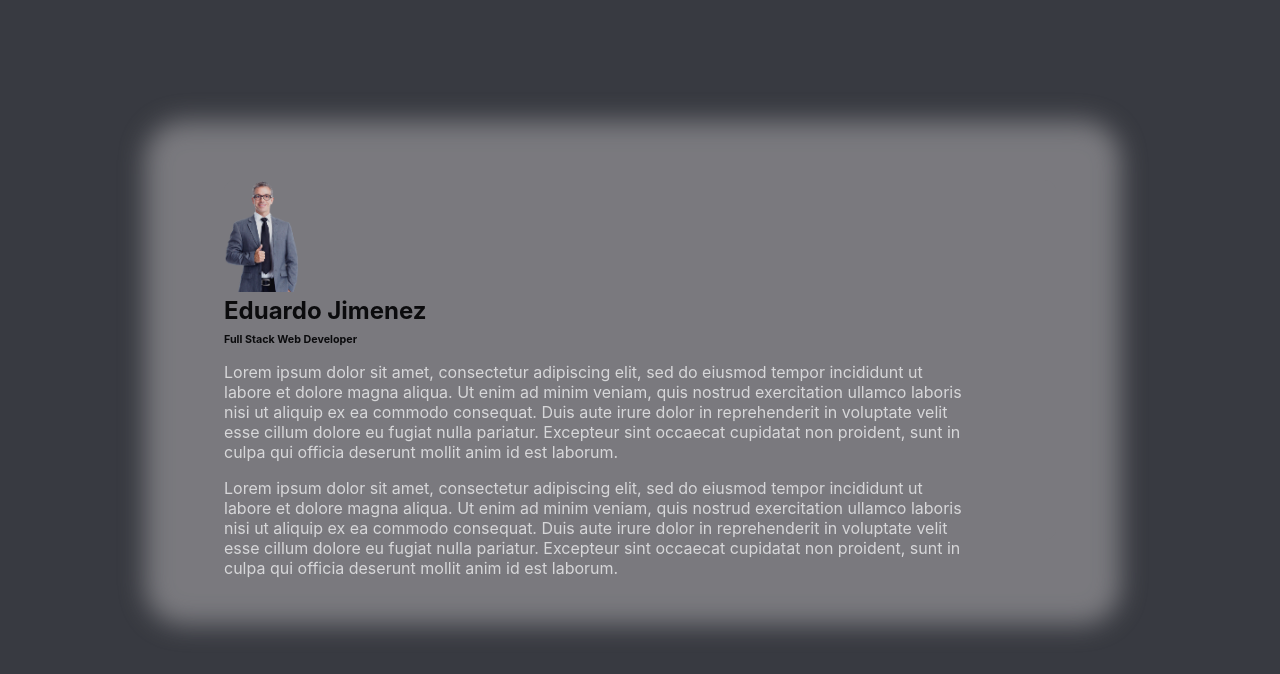
Repository: l8nightswithJS/react-my-portfolio
Page: /
An editor plug-in stored every save of this project. The page is shown before and after the next save, followed by the edit.
The browser window is 1280 px wide. The pictures show the whole page.
The project was rebuilt for these pictures with package versions that can differ from the ones it lists, and the page was loaded fresh each time.

Above is the page before, as saved 2021-04-29 13:19:39.

After the next save:
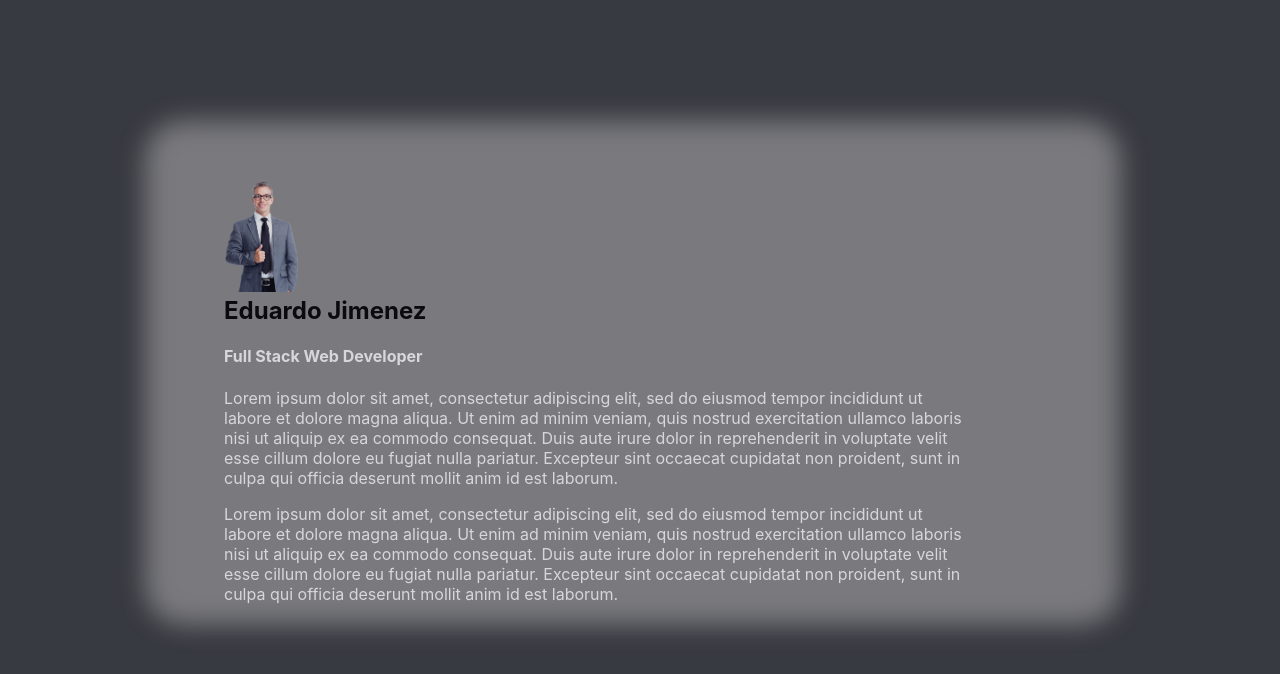
Saved 24 s later.
--- a/src/pages/splashPage.js
+++ b/src/pages/splashPage.js
@@ -9,7 +9,7 @@ function SplashPage() {
                     <div>
                         <img src={img} alt="buisness man img"/>
                         <h1>Eduardo Jimenez</h1>
-                        <h6>Full Stack Web Developer</h6>
+                        <h4>Full Stack Web Developer</h4>
                         <p>Lorem ipsum dolor sit amet, consectetur adipiscing elit, sed do eiusmod tempor incididunt ut labore et dolore magna aliqua. Ut enim ad minim veniam, quis nostrud exercitation ullamco laboris nisi ut aliquip ex ea commodo consequat. Duis aute irure dolor in reprehenderit in voluptate velit esse cillum dolore eu fugiat nulla pariatur. Excepteur sint occaecat cupidatat non proident, sunt in culpa qui officia deserunt mollit anim id est laborum.</p>
 
                         <p>Lorem ipsum dolor sit amet, consectetur adipiscing elit, sed do eiusmod tempor incididunt ut labore et dolore magna aliqua. Ut enim ad minim veniam, quis nostrud exercitation ullamco laboris nisi ut aliquip ex ea commodo consequat. Duis aute irure dolor in reprehenderit in voluptate velit esse cillum dolore eu fugiat nulla pariatur. Excepteur sint occaecat cupidatat non proident, sunt in culpa qui officia deserunt mollit anim id est laborum.</p>
